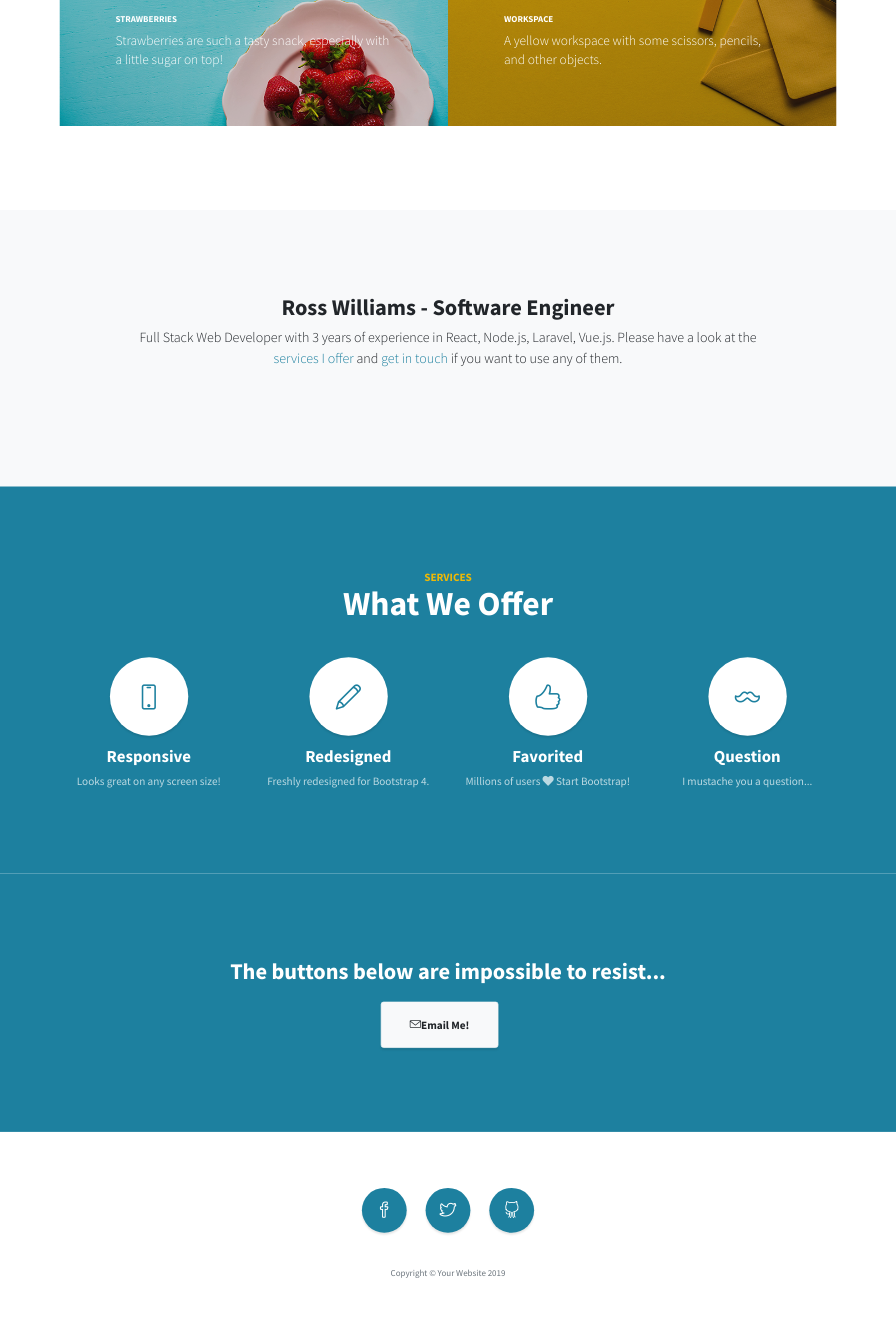
Repository: Williams94/Williams94.github.io
Page: index.html
An editor plug-in stored every save of this project. The page is shown before and after the next save, followed by the edit.
The browser window is 1280 px wide. The pictures show the part of the page from y = 1580 to 3500 px (the page is 3488 px tall before and 3500 px after), at 70% of full size.
A picture or video elsewhere on the page could not be fetched, so the positions and the page height are approximate.

Above is the page before, as saved 2019-07-06 13:48:54.

After the next save:
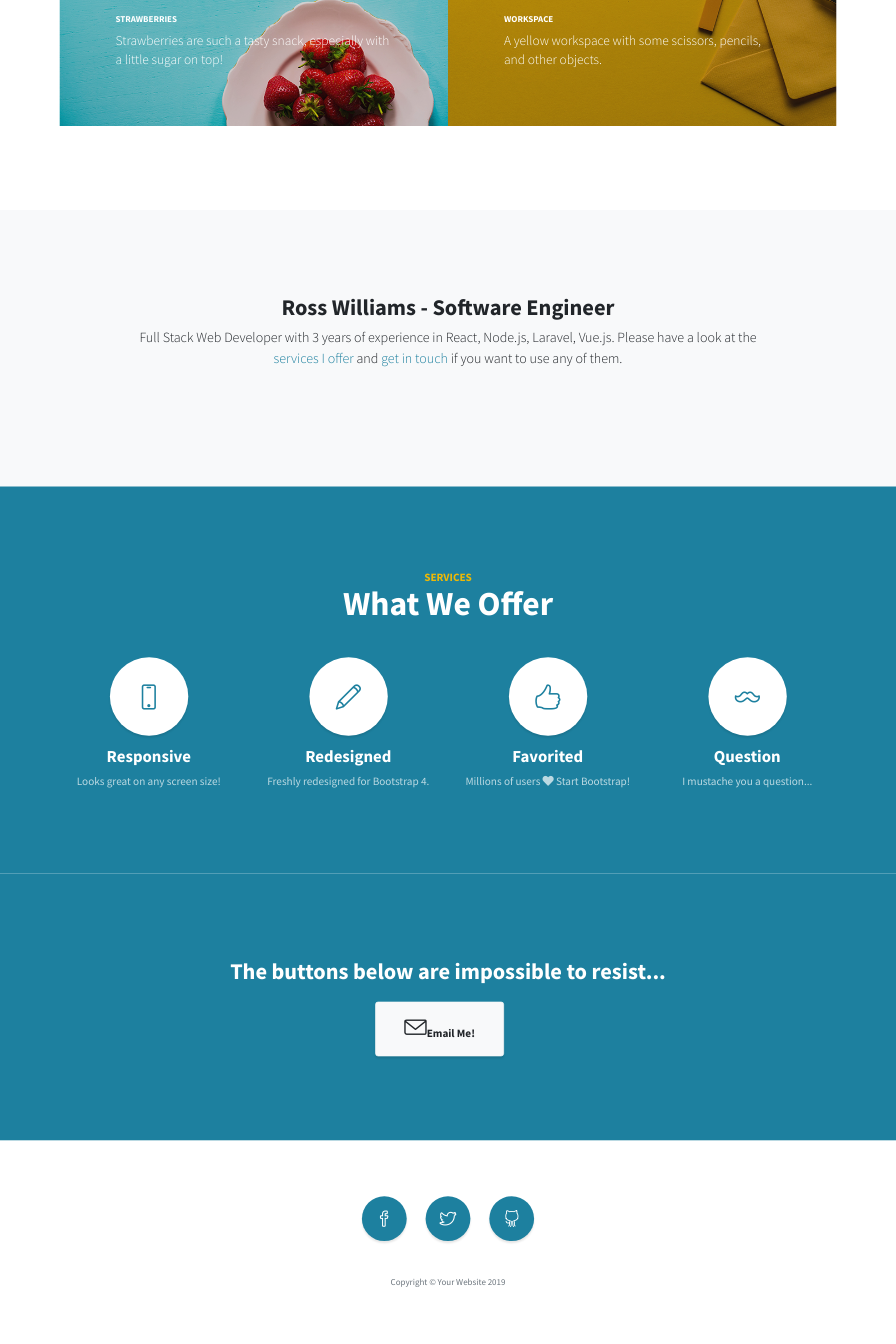
Saved 78 s later.
--- a/index.html
+++ b/index.html
@@ -210,8 +210,8 @@
   <section class="content-section bg-primary text-white">
     <div class="container text-center">
       <h2 class="mb-4">The buttons below are impossible to resist...</h2>
-      <a href="#" class="btn btn-xl btn-light mr-4">
-          <i class="icon-envelope"></i>Email Me!</a>
+      <a href="#" class="btn btn-xl btn-light mr-4 email-me-button">
+        <i class="icon-envelope"></i>Email Me!</a>
     </div>
   </section>
 
--- a/css/custom.css
+++ b/css/custom.css
@@ -1 +1,7 @@
-icon-envelope
+.icon-envelope {
+    font-size: 2rem;
+}
+
+.email-me-button {
+
+}
